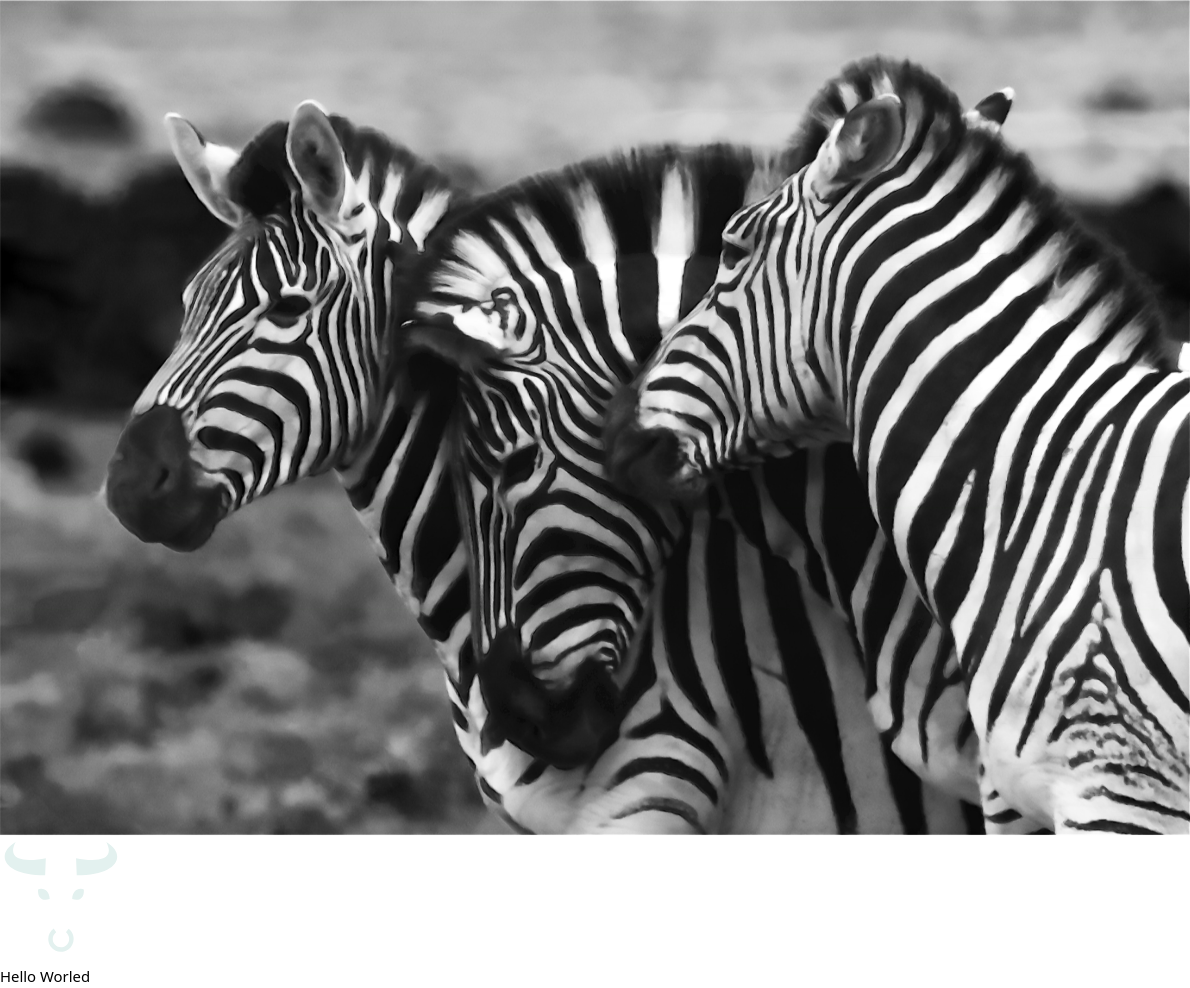
Repository: BrightonMboya/ggv-landingPage
Page: /HomePage
An editor plug-in stored every save of this project. The page is shown before and after the next save, followed by the edit.
The browser window is 1280 px wide. The pictures show the whole page, at 93% of full size.
The project was rebuilt for these pictures with package versions that can differ from the ones it lists, and the page was loaded fresh each time. The framework's server and built-in components were replaced by stand-ins that run in the browser. Also part of the build but not shown: next.config.js, styles/Home.module.css.

Above is the page before, as saved 2022-06-13 14:16:04.

### pages/HomePage.js
import React from "react";
import home from "./assets/home.jpg";
import styles from "../styles/Home.module.css";
import Image from "next/image";
import logo from "./assets/logo.svg";
const HomePage = () => {
  return (
    <div className={styles.bgWrap}>
      <Image src={home} layout="responsive" objectFit="cover" quality={100} />
      <Image src={logo} layout="fixed" quality={100} objectFit="contain" />

      <h3>Hello Worled</h3>
    </div>
  );
};

export default HomePage;

### tailwind.config.js
module.exports = {
  content: [
    "./pages/**/*.{js,ts,jsx,tsx}",
    "./components/**/*.{js,ts,jsx,tsx}"
  ],
  theme: {
    extend: {
      colors: {
        black: "#000107",
        slate: "#E3F1EF"
      }
    }
  },
  plugins: []
};

Loaded but not shown: pages/_app.js (common file); styles/globals.css (common file)

After the next save:
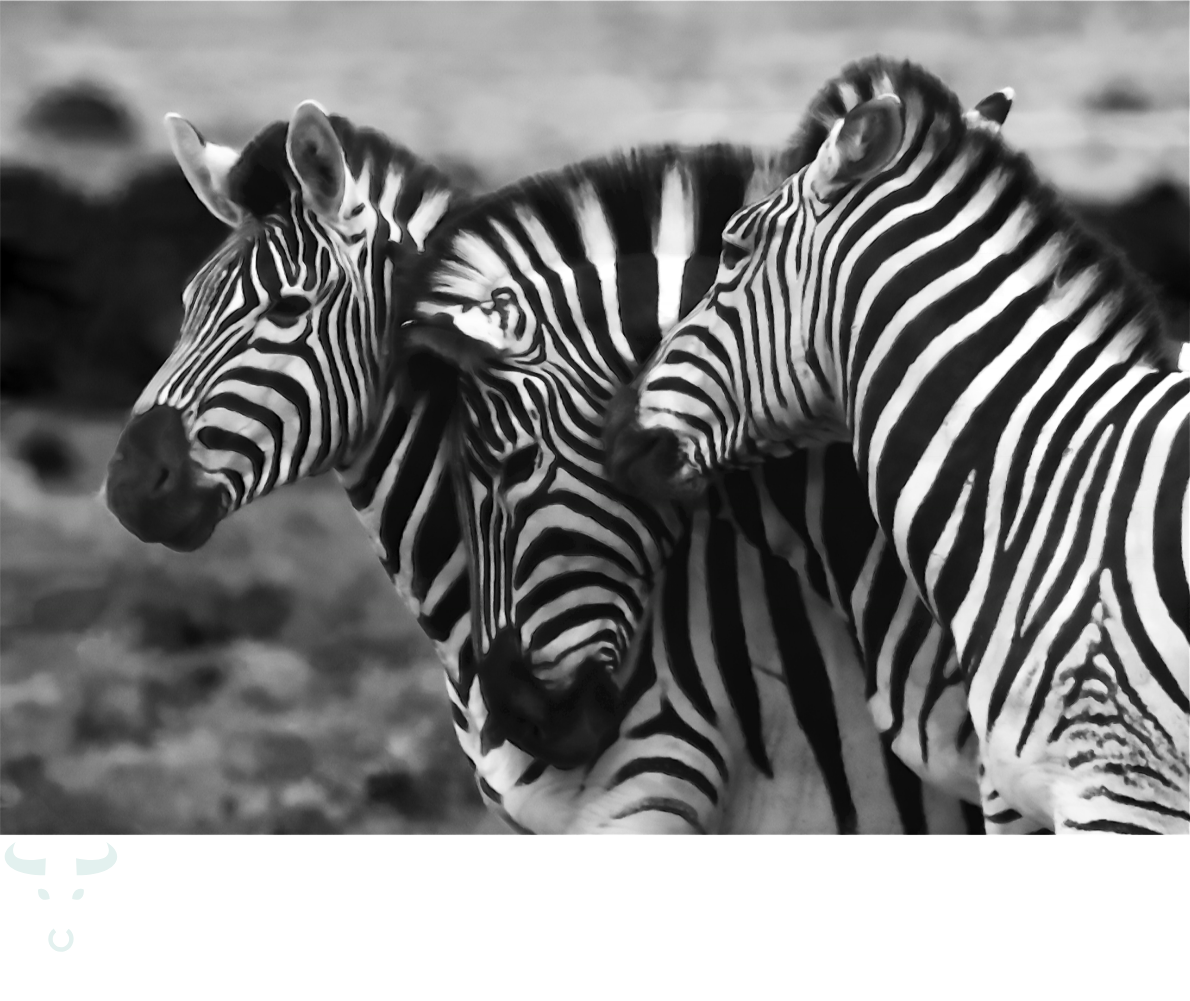
Saved 13 s later.
--- a/pages/HomePage.js
+++ b/pages/HomePage.js
@@ -9,7 +9,7 @@
       <Image src={home} layout="responsive" objectFit="cover" quality={100} />
       <Image src={logo} layout="fixed" quality={100} objectFit="contain" />
 
-      <h3>Hello Worled</h3>
+      <h3 className="text-white text-3xl">Hello Worled</h3>
     </div>
   );
 };
